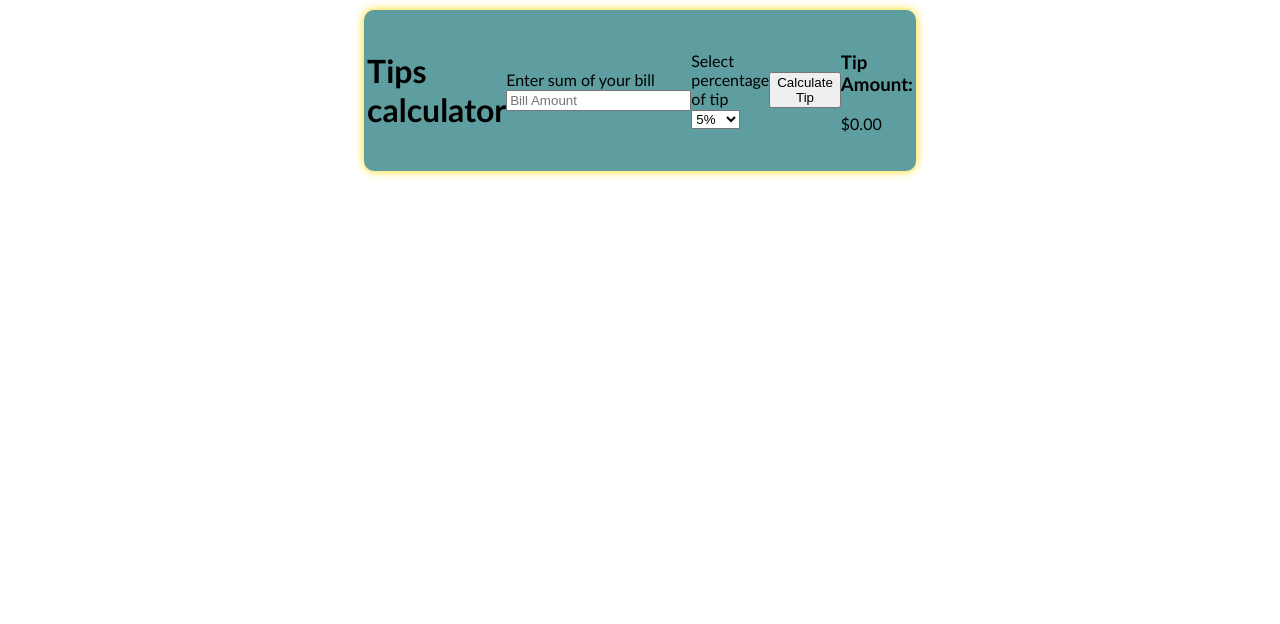
Repository: qtqqrdy13/tips-calculator
Page: index.html
These files come from the project's save history. The page is drawn as it stood at one moment and after the next save; the edit follows.
The browser window is 1280 px wide. The pictures show the whole page.

Above is the page before, as saved 2024-01-26 21:58:08.

### index.html
<!DOCTYPE html>
<html lang="en">
<head>
    <meta charset="UTF-8">
    <meta name="viewport" content="width=device-width, initial-scale=1.0">
    <title>Document</title>
    <link rel="stylesheet" href="style.css">
</head>
<body>
    <div class="calculator">
        <h1>Tips calculator</h1>
        <div class="bill-container">
            <label for="bill">Enter sum of your bill</label>
            <input type="number" name="" id="bill" placeholder="Bill Amount">
        </div>
        <div class="tip-container">
            <label for="tip">Select percentage of tip</label>
            <select id="tip">
                <option value="5">5%</option>
                <option value="10">10%</option>
                <option value="15">15%</option>
                <option value="20">20%</option>
                <option value="25">25%</option>

            </select>
        </div>
        <button onclick="calculateTip()">Calculate Tip</button>
        <div class="result-container">
            <h3>Tip Amount:</h3>
            <p id="tip-amount">$0.00</p>
        </div>
    </div>
    <script src="script.js"></script>
</body>
</html>

### style.css
body{
    margin: 0;
    padding: 0;
    font-family: 'Gill Sans', 'Gill Sans MT','Trebuchet MS', sans-serif;
    display: flex;
    justify-content: center;
    align-items: center;
}
.calculator{
    width: 40%;
    height: 40%;
    display: flex;
    justify-content: center;
    align-items: center;
    padding: 20px;
    margin: 10px;
    border-radius: 10px;
    box-shadow: 0 0 10px gold;
    background-color: cadetblue;
    color: black;

}
.calculator h1{
    font-size: 32px;

}
.tip-container{

}

Loaded but not shown: script.js (no copy from this time; the picture is the same without it)

After the next save:
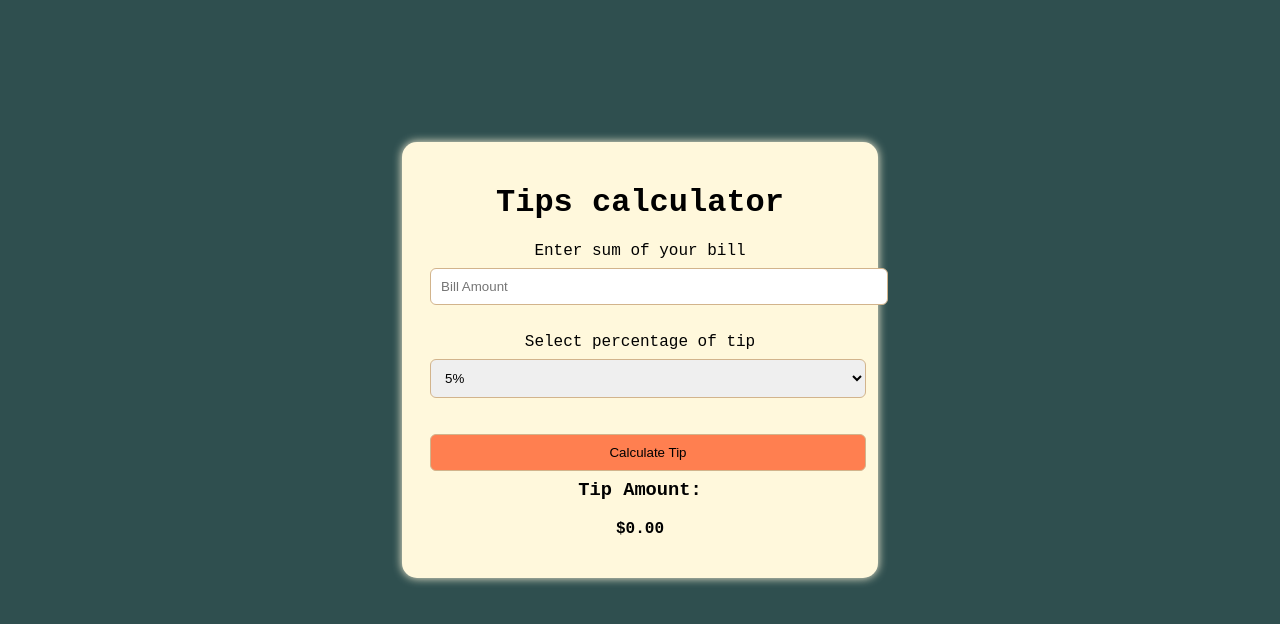
Saved 7 min 58 s later.
--- a/style.css
+++ b/style.css
@@ -1,29 +1,48 @@
 body{
-    margin: 0;
-    padding: 0;
-    font-family: 'Gill Sans', 'Gill Sans MT','Trebuchet MS', sans-serif;
+    font-family:'Courier New', Courier, monospace;
     display: flex;
     justify-content: center;
     align-items: center;
+    margin: 0;
+    height: 100vh;
+    background-color:darkslategray;
 }
 .calculator{
-    width: 40%;
-    height: 40%;
-    display: flex;
-    justify-content: center;
-    align-items: center;
+    background-color:cornsilk;
+    color:black;
     padding: 20px;
-    margin: 10px;
-    border-radius: 10px;
-    box-shadow: 0 0 10px gold;
-    background-color: cadetblue;
-    color: black;
-
+    border-radius:15px;
+    box-shadow:0 0 10px cornsilk;
+    text-align: center;
 }
-.calculator h1{
-    font-size: 32px;
-
+.bill-container,.result-container,.tip-container{
+    margin-bottom: 20px;
 }
-.tip-container{
-
+input,select,button{
+    padding: 10px;
+    margin: 8px;
+    border: 1px solid tan;
+    border-radius: 6px;
+    width: 100%;
 }
+button{
+    color:black;
+    background-color:coral;
+    cursor: pointer;
+    transition: 0.6s background-color ease;
+}
+button:hover{
+    background-color:white;
+}
+h1{
+    color:black;
+    font-weight: bold;
+}
+h3{
+    color:black;
+    margin-top: 0;
+}
+p{
+    font-weight: bold;
+    color:black;
+}
